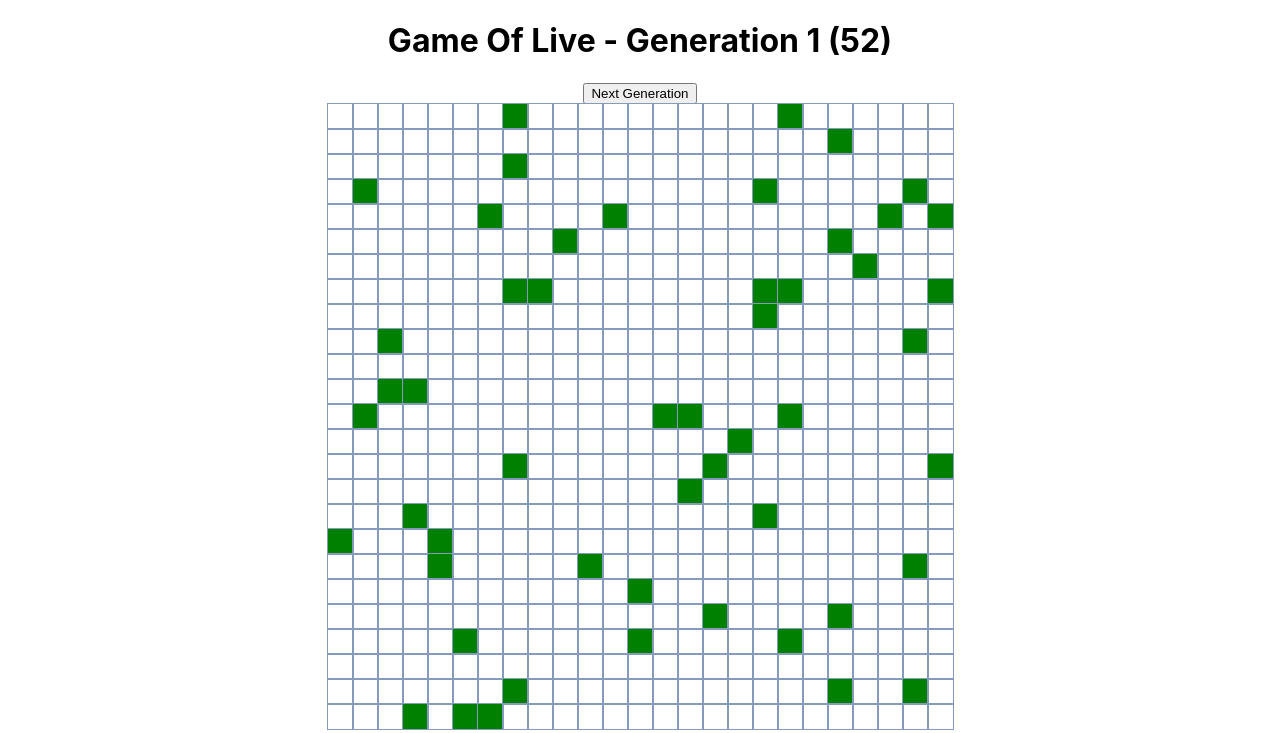
Repository: cfaguilera20/gol
Page: /
These files come from the project's save history. The page is drawn as it stood at one moment and after the next save; the edit follows.
The browser window is 1280 px wide. The pictures show the whole page.
The project was rebuilt for these pictures with package versions that can differ from the ones it lists, and the page was loaded fresh each time.

Above is the page before, as saved 2021-07-25 14:03:50.

After the next save:
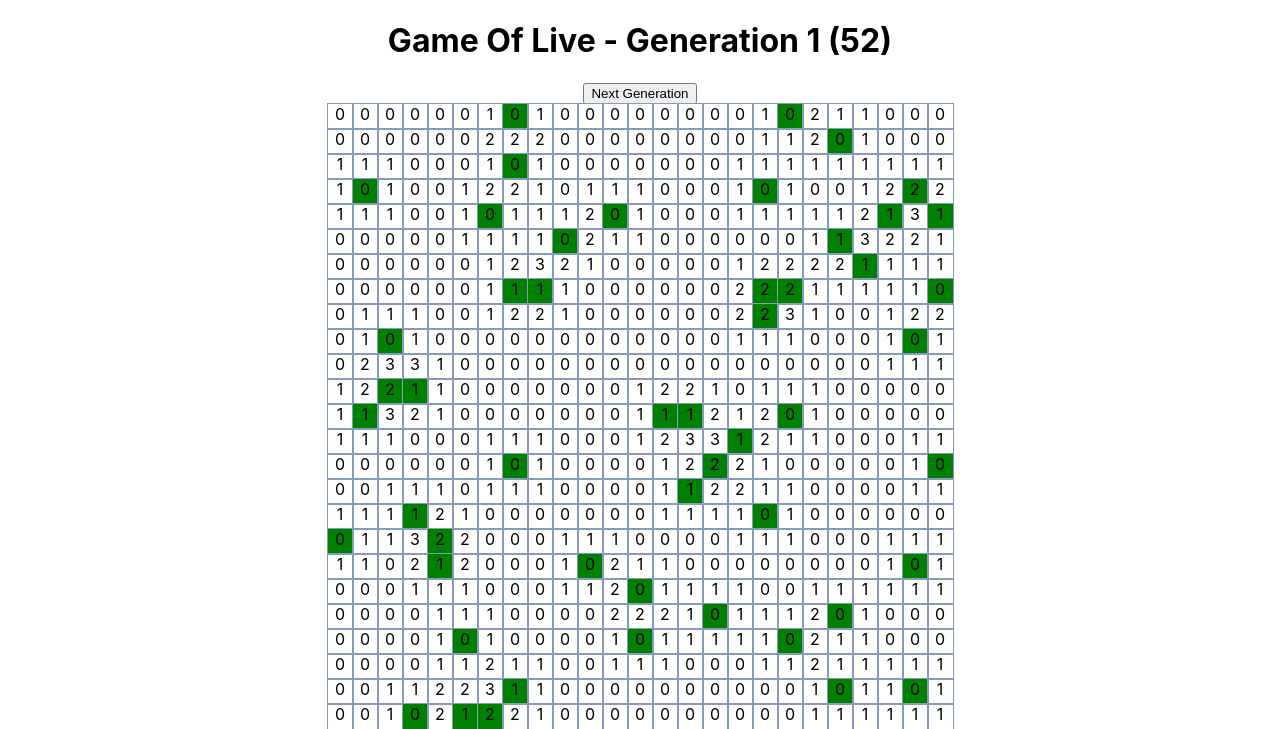
Saved 77 s later.
--- a/src/components/Board.jsx
+++ b/src/components/Board.jsx
@@ -35,7 +35,9 @@ const Board = (props) => {
                                 : 'cell';
 
                             return (
-                                <div key={cellIdx} className={className}></div>
+                                <div key={cellIdx} className={className}>
+                                    {neighborsAlive}
+                                </div>
                             );
                         })}
                     </div>
